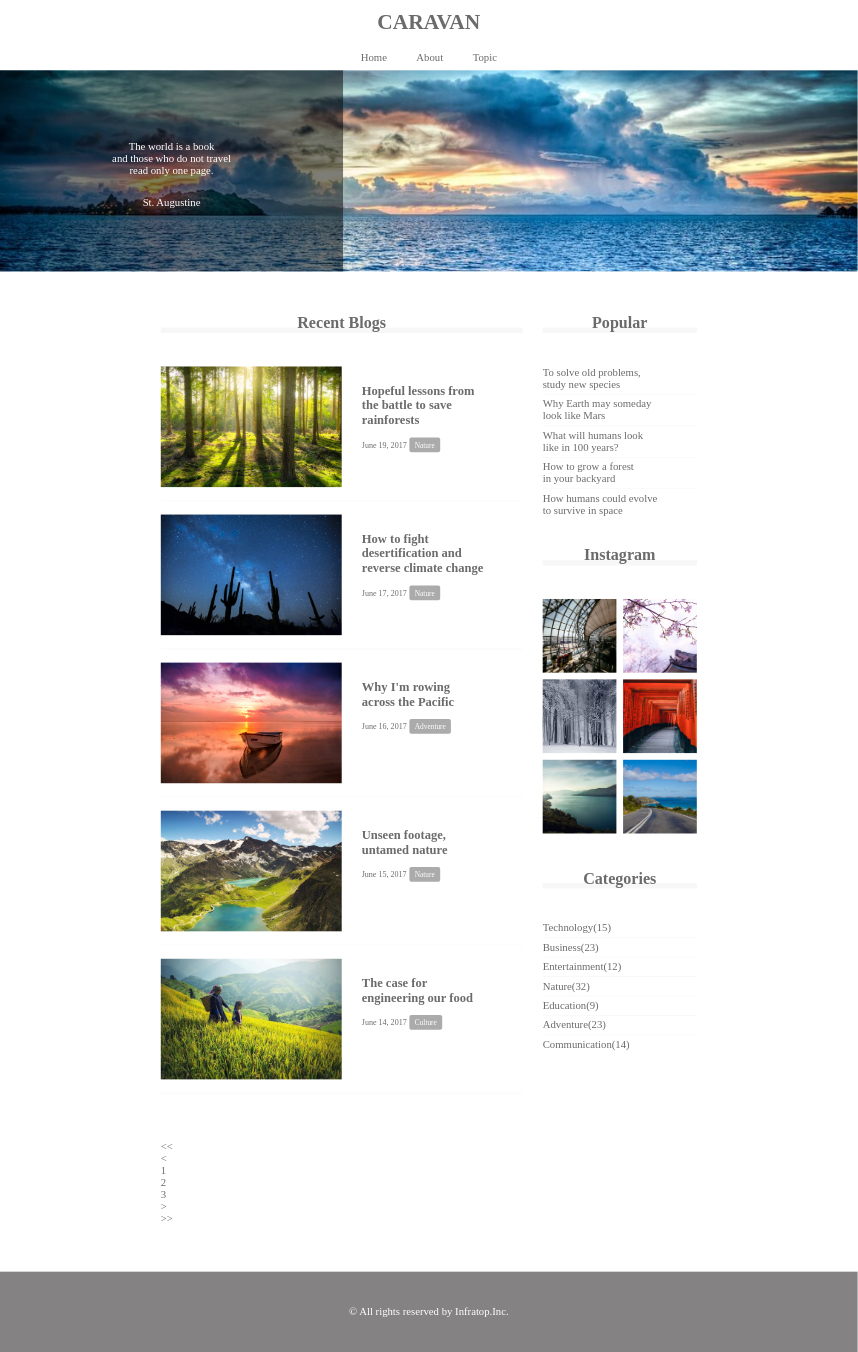
Repository: macchi-ro/-1
Page: caravan/index.html
The author's editor kept a record of every edit. The page is drawn from the files as they stood at one moment, then again after the next edit.
The browser window is 1280 px wide. The pictures show the whole page, at 67% of full size.
Some web libraries are served in a nearby version.

Above is the page before.

After the next edit:
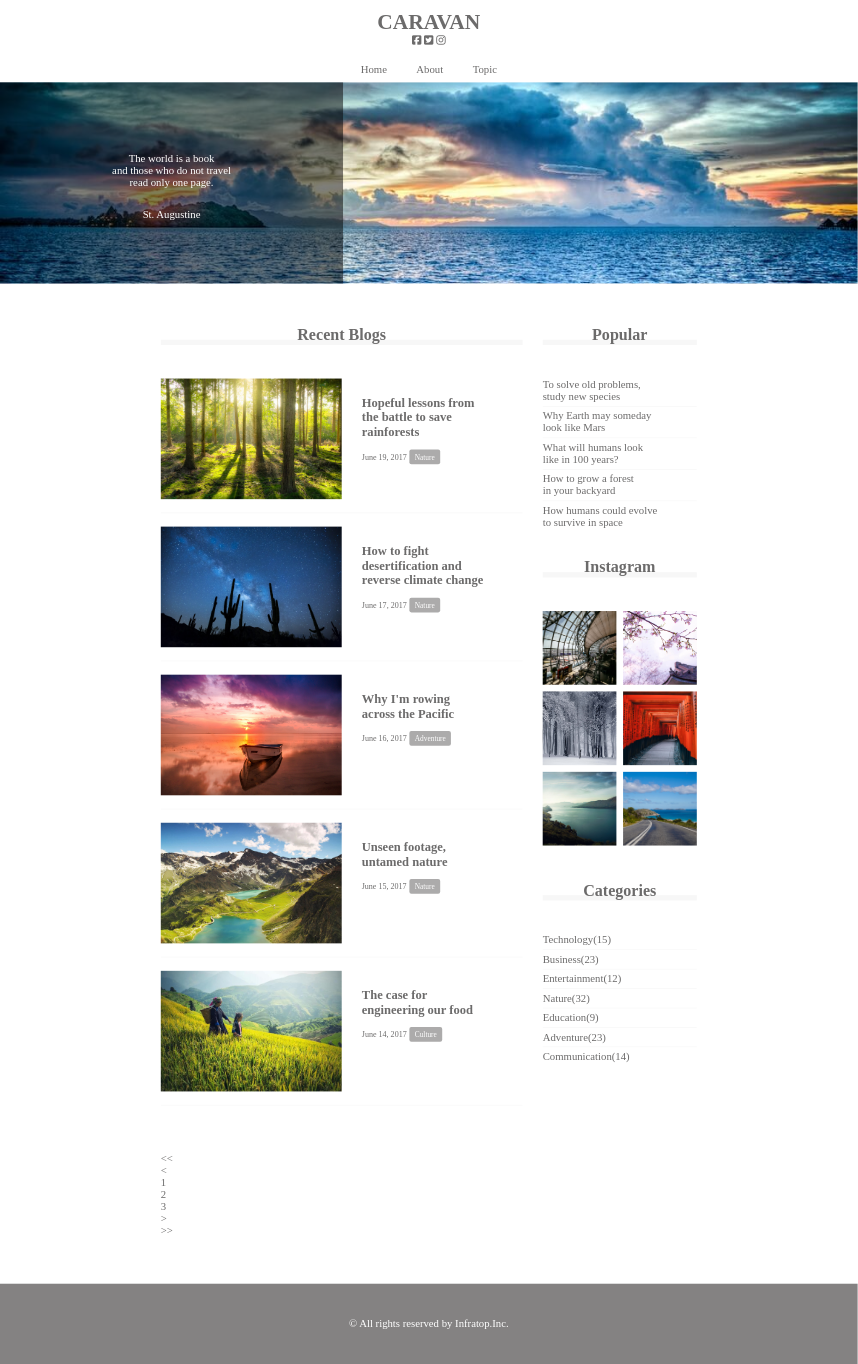
The edit:
--- a/caravan/index.html
+++ b/caravan/index.html
@@ -20,6 +20,11 @@
           CARAVAN
         </a>
       </h1>
+      <div class="social">
+       <i class="fab fa-facebook-square"></i>
+       <i class="fab fa-twitter-square"></i>
+       <i class="fab fa-instagram"></i>
+     </div>
     </header>
 
     <!-- navigation -->
